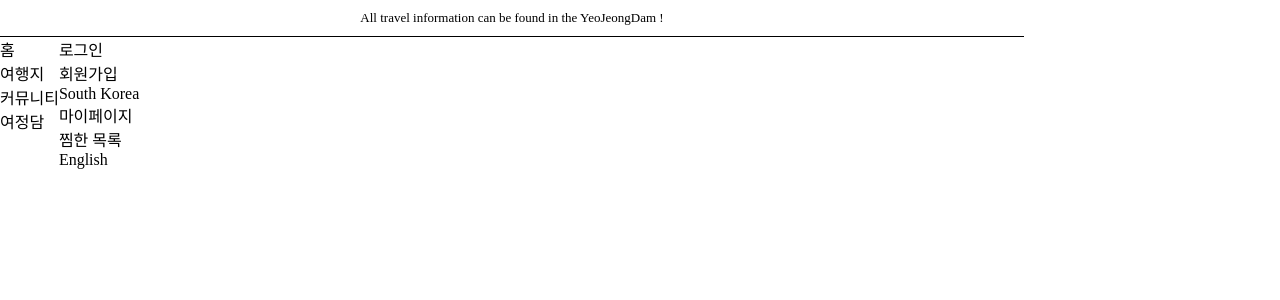
Repository: gaeunlee95/semi
Page: http://localhost/semi/main.jsp
These files come from the project's save history. The page is drawn as it stood at one moment and after the next save; the edit follows.
The browser window is 1280 px wide. The pictures show the whole page.
The page is served by Tomcat 9.

Above is the page before, as saved 2023-12-06 08:27:27.

After the next save:
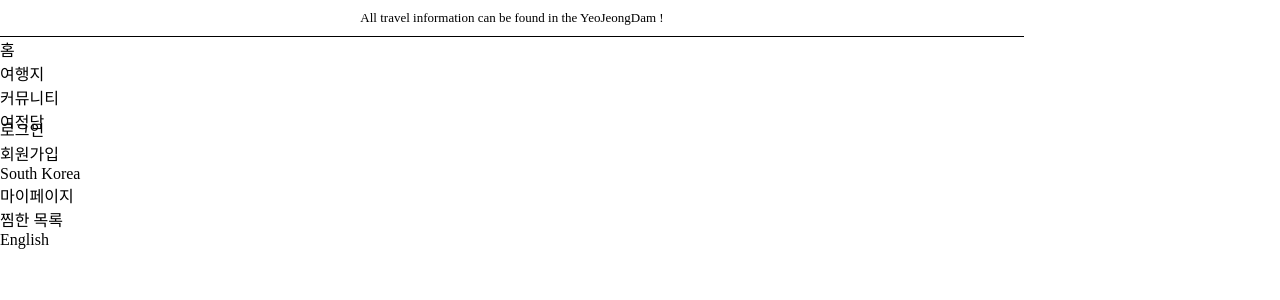
Saved 27 s later.
--- a/semi/src/main/webapp/resources/css/style.css
+++ b/semi/src/main/webapp/resources/css/style.css
@@ -19,7 +19,7 @@
 }
 header nav{
 	height: 80px;
-	float:left;
+	f/*loat:left;*/
 }
 header nav #main_nav1{
 	width: 700px;

After the save that followed:
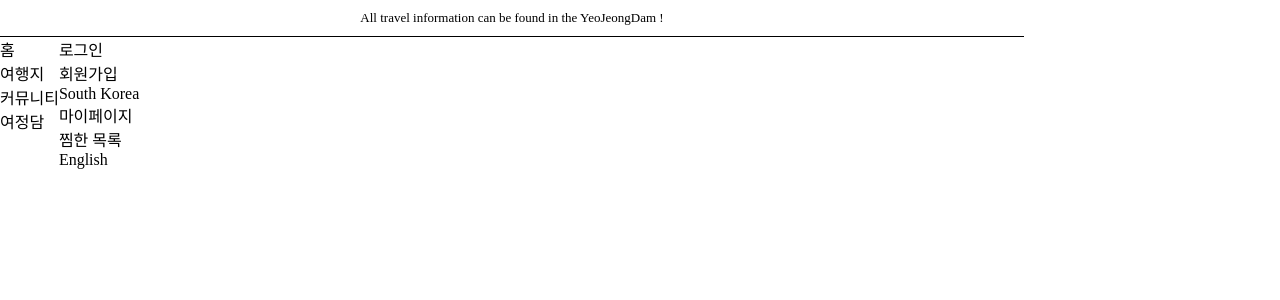
Saved 5 s later.
--- a/semi/src/main/webapp/resources/css/style.css
+++ b/semi/src/main/webapp/resources/css/style.css
@@ -19,7 +19,7 @@
 }
 header nav{
 	height: 80px;
-	f/*loat:left;*/
+	float:left;
 }
 header nav #main_nav1{
 	width: 700px;
